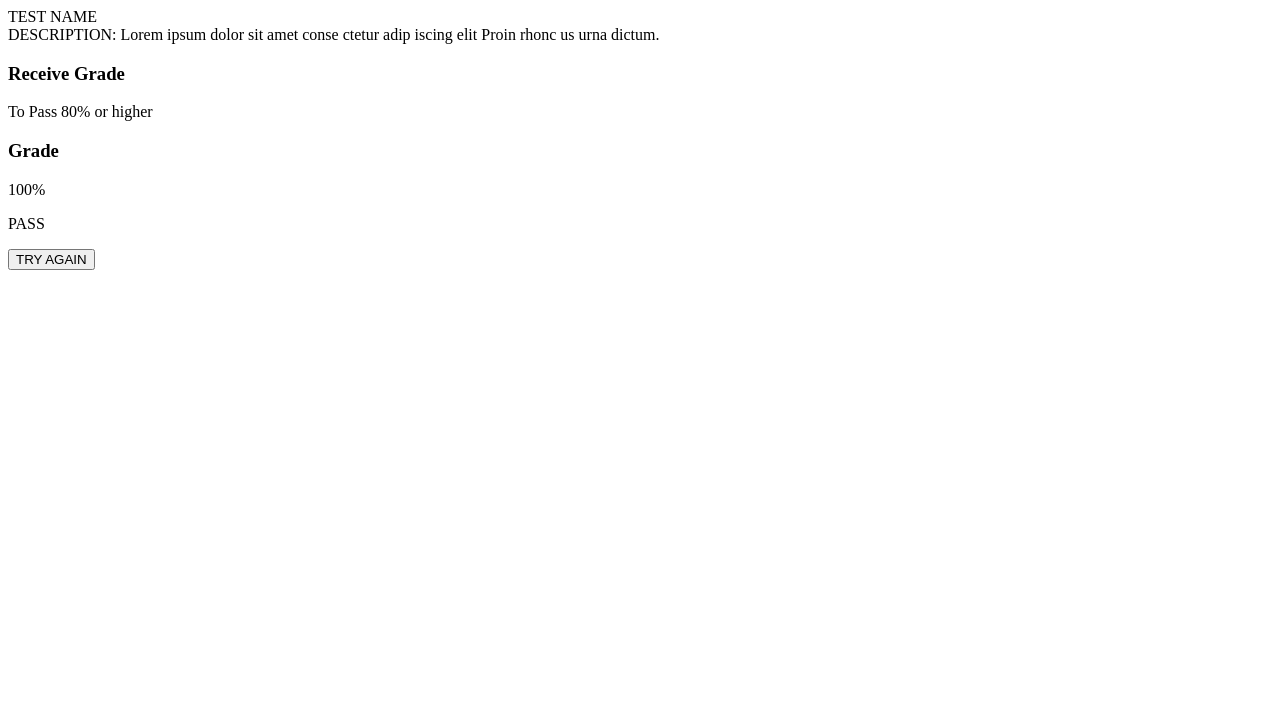
Repository: AOY311/DuckEdu
Page: test2.html
The author's editor kept a copy of each file at every save. The page is drawn from the files as they stood at one save, then again after the next save.
The browser window is 1280 px wide. The pictures show the whole page.

Above is the page before, as saved 2021-10-29 21:11:21.

After the next save:
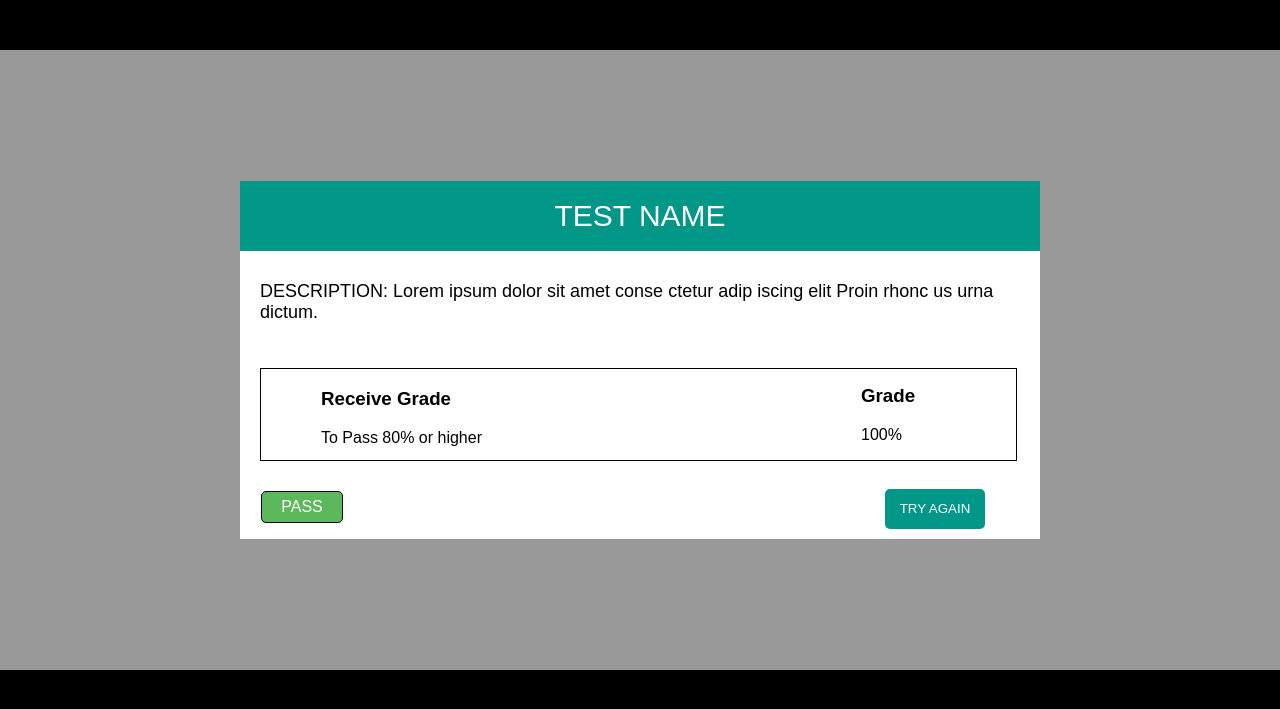
Saved 14 s later.
--- a/test2.html
+++ b/test2.html
@@ -6,6 +6,131 @@
     <meta http-equiv="X-UA-Compatible" content="IE=edge">
     <meta name="viewport" content="width=device-width, initial-scale=1.0">
     <title>Document</title>
+    <style>
+        .main {
+            font-family: sans-serif;
+        }
+
+        .header {
+            height: 50px;
+            width: 100%;
+            background-color: black;
+            position: fixed;
+            right: 0;
+            left: 0;
+            top: 0;
+        }
+
+        .modal {
+            position: fixed;
+            top: 0;
+            right: 0;
+            bottom: 0;
+            left: 0;
+            background-color: rgba(0, 0, 0, 0.4);
+            align-items: center;
+            justify-content: center;
+            display: flex;
+        }
+
+        .modal-container {
+            position: relative;
+            background-color: white;
+            width: 800px;
+            min-height: 200px;
+            animation: ModalFadeIn ease 0.5s;
+            margin: 0px 10px;
+        }
+
+        .modal .test-name {
+            background-color: #009688;
+            height: 70px;
+            display: flex;
+            align-items: center;
+            justify-content: center;
+            font-size: 30px;
+            color: white;
+        }
+
+        .modal .description {
+            margin-top: 30px;
+            font-size: 18px;
+            margin-left: 20px;
+        }
+
+        .modal #btn-again {
+            float: right;
+            height: 40px;
+            width: 100px;
+            margin-top: -50px;
+            margin-right: 55px;
+            border-radius: 5px;
+            cursor: pointer;
+            background-color: #009688;
+            color: white;
+            border: none;
+        }
+
+        .modal #btn-again:hover {
+            opacity: 0.8;
+        }
+
+        .modal .grade {
+            border: 1px solid black;
+            width: 755px;
+            margin-top: 45px;
+            margin-left: 20px;
+            margin-bottom: 30px;
+        }
+
+        .modal .text-grade {
+            margin-left: 60px;
+            margin-bottom: 10px;
+        }
+
+        .modal .point {
+            margin-left: 600px;
+            margin-top: -80px;
+        }
+
+        .modal .text-showpass {
+            border: 1px solid black;
+            width: 80px;
+            height: 30px;
+            margin-left: 21px;
+            display: flex;
+            justify-content: center;
+            align-items: center;
+            color: white;
+            background-color: #5cb85c;
+            border-radius: 5px;
+        }
+
+        .modal .text-shownotpass {
+            position: absolute;
+            border: 1px solid black;
+            width: 80px;
+            height: 30px;
+            margin-left: 21px;
+            display: flex;
+            justify-content: center;
+            align-items: center;
+            color: white;
+            background-color: red;
+            border-radius: 5px;
+            bottom: 16px;
+            display: none;
+        }
+
+        .footer {
+            height: 50px;
+            background-color: black;
+            position: fixed;
+            right: 0;
+            left: 0;
+            bottom: 0;
+        }
+    </style>
 </head>
 
 <body>
